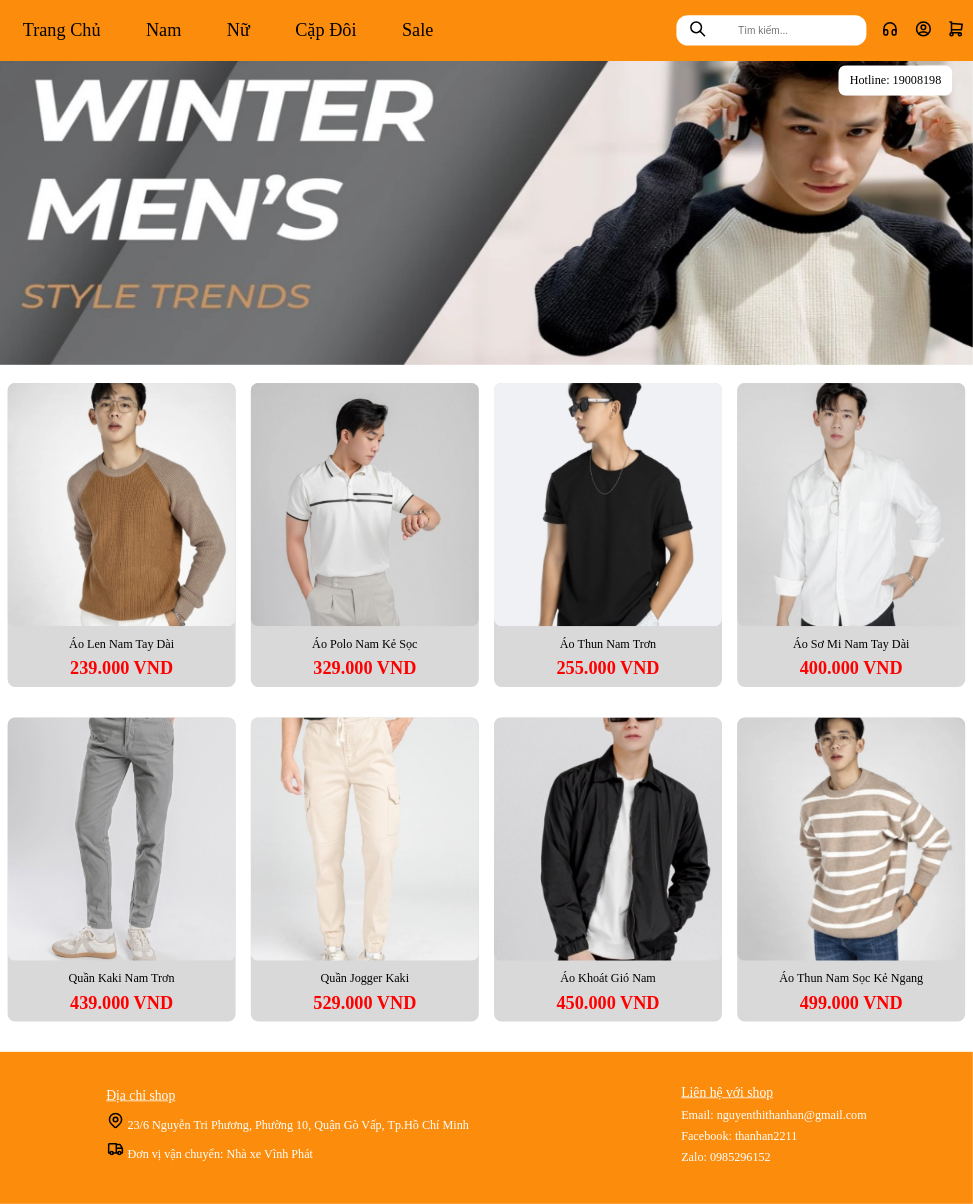
Repository: manhhieu120499/Project_ShopQuanAo
Page: html/nam.html
These files come from the project's save history. The page is drawn as it stood at one moment and after a run of saves; the edit follows.
The browser window is 1280 px wide. The pictures show the whole page, at 76% of full size.

Above is the page before, as saved 2023-03-05 23:48:59.

After the next 4 saves:
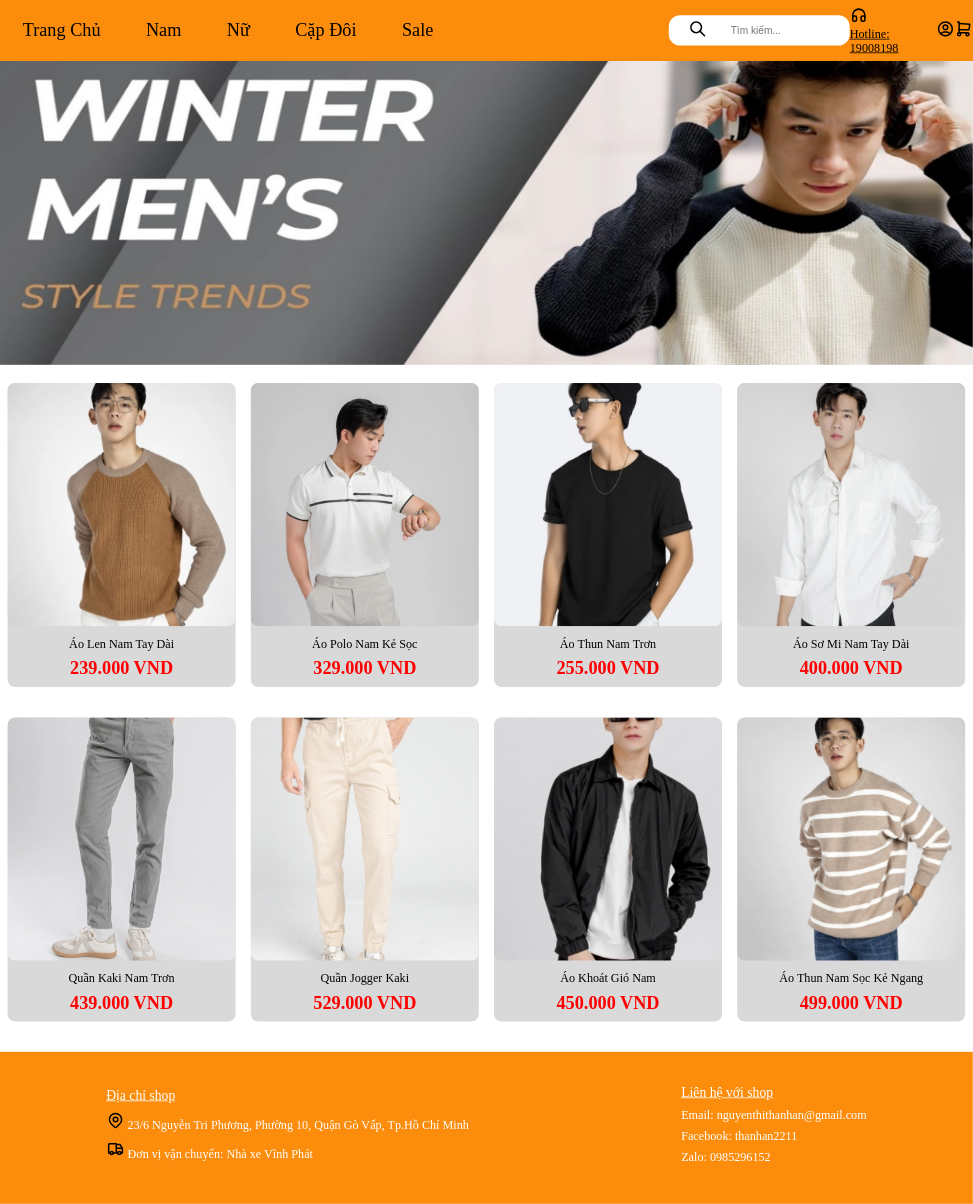
The 4 saves are shown as one change because they came seconds apart.
The last was saved 19 s later.
--- a/css/style_nam.css
+++ b/css/style_nam.css
@@ -157,7 +157,7 @@
     position: relative;
 }
 
-/* .headphone:hover  */
+.headphone:hover >
 
 
 .headphone .phone_number {

After the save that followed:
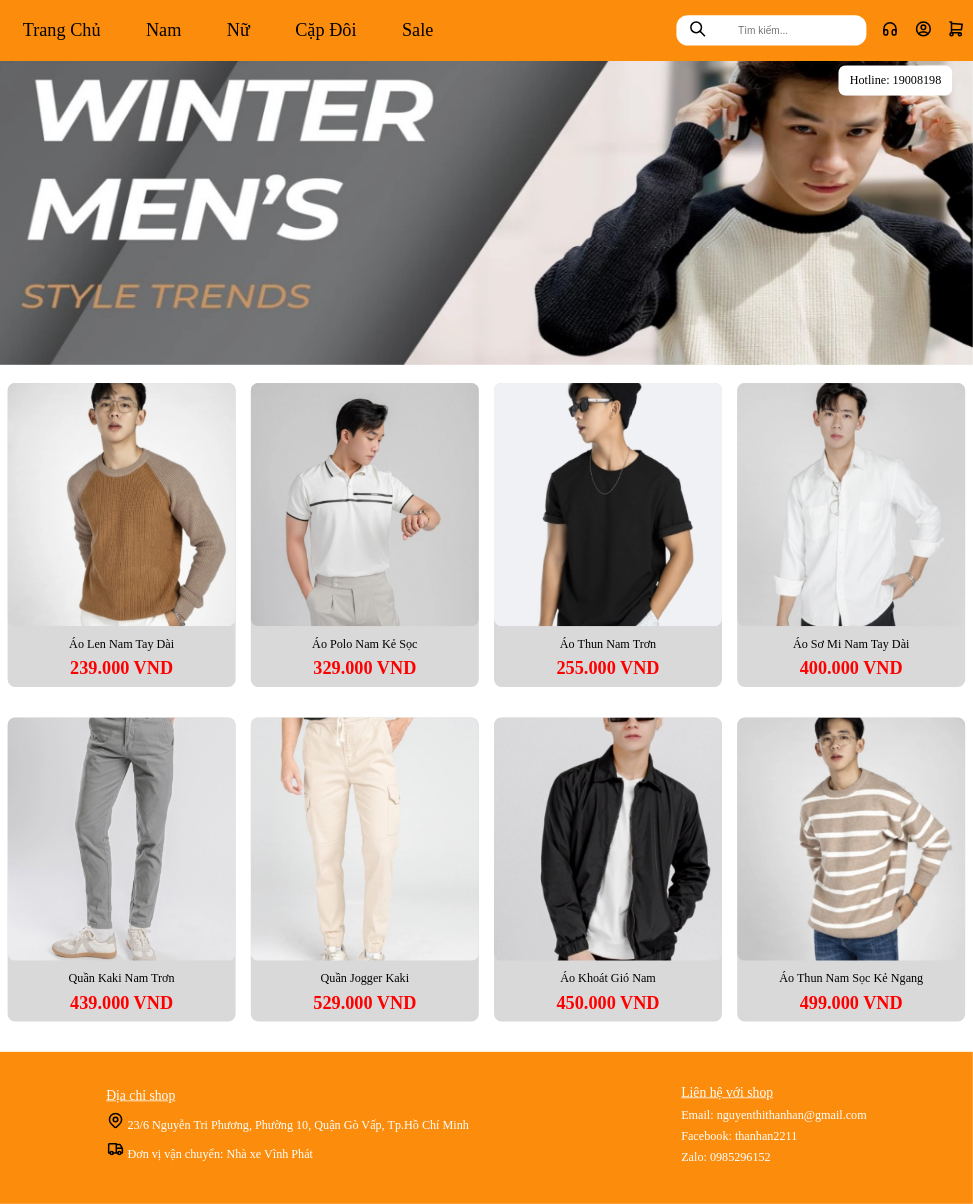
Saved 5 s later.
--- a/css/style_nam.css
+++ b/css/style_nam.css
@@ -157,7 +157,9 @@
     position: relative;
 }
 
-.headphone:hover >
+.headphone:hover > p {
+
+}
 
 
 .headphone .phone_number {
